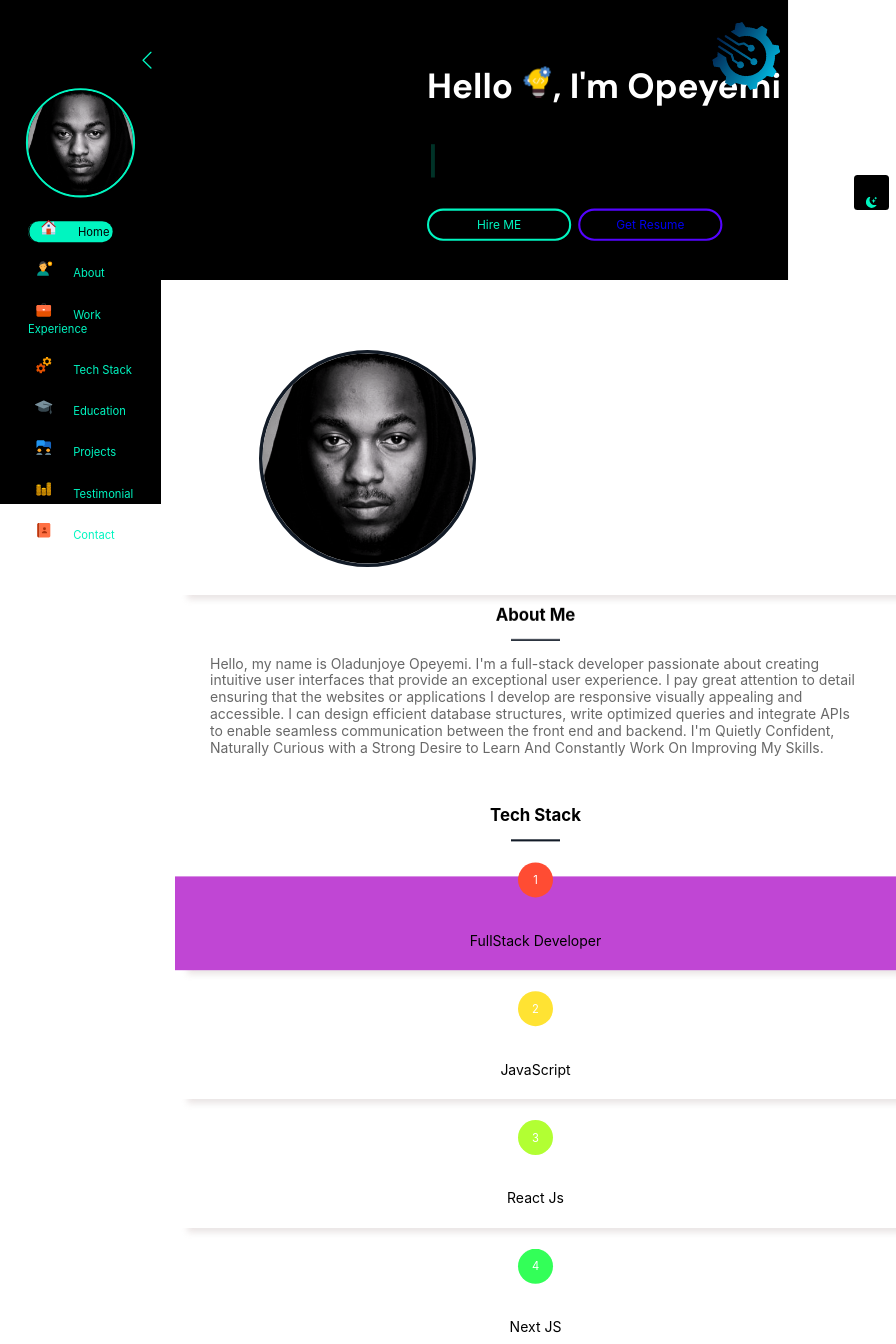
Repository: Laoye99/portfolio
Page: /
The author's editor kept a copy of each file at every save. The page is drawn from the files as they stood at one save, then again after the next save.
The browser window is 1280 px wide. The pictures show the part of the page from y = 0 to 1920 px (the page is 2977 px tall), at 70% of full size.
The project was rebuilt for these pictures with package versions that can differ from the ones it lists, and the page was loaded fresh each time. Also part of the build but not shown: src/App.css. Imported but missing from the stored project, and not drawn on this page: src/components/Home/MyResume.pdf.

Above is the page before, as saved 2024-02-15 13:31:48.

### src/App.js
import './App.css';
import { createContext, useState } from 'react';
import ScrollToTop from 'react-scroll-to-top';
import Navbar from './components/SideNav/Navbar';
import Sidebar from './components/SideNav/Sidebar';
import About from './components/About/About';
import TechStack from './components/TechStack/TechStack';

export const ThemeContext = createContext(null);

const App = () => {
  const [theme, setTheme] = useState("light");

  const changeTheme = () => {
    setTheme((prev) => (prev === "light" ? "dark" : "light"));
  };
  return (
    <ThemeContext.Provider value={{ theme, changeTheme }}>
    <div id={theme}>
    <Navbar/>
    <Sidebar changeTheme={changeTheme} theme={theme}/>
    <About/>
    <TechStack/>
    </div>
    <ScrollToTop
    top="200"
    smooth
    height="20"
    width="20"
    color="#00f5c0"
    style={{ borderRadius: "90px ", backgroundColor: "#000000" }}
    />
    </ThemeContext.Provider>
  );
}

export default App;

### src/components/SideNav/Navbar.js
import { useState } from "react";
import "./Navbar.css";
import {GiHamburgerMenu} from "react-icons/gi";
import { Link } from "react-scroll";
import {
    FcHome,
    FcBriefcase,
    FcContacts,
    FcServices,
    FcCollaboration,
    FcPortraitMode } from "react-icons/fc";
import {FaUser} from "react-icons/fa";

const Navbar = () => {
    const [open, setOpen] = useState(false);

    const handleClick = () => {
        setOpen(!open);
    };
    return(
        <div className="navbar">
        <div className="navbar-header">
        <p>
        <GiHamburgerMenu size={25} onClick={handleClick} />
        </p>
        </div>
        {open ? (
        <div className="nav">
        <ul>
        <li className="nav-item">
        <Link
        to="home"
        spy={true}
        smooth={true}
        duration={100}
        offset={-100}
        >
        <FcHome size={25}/>
        Home
        </Link>
        </li>
        <li className="nav-item">
        <Link
        to="about"
        spy={true}
        smooth={true}
        duration={100}
        offset={-100}
        >
        <FcPortraitMode size={25}/>
        About
        </Link>
        </li>
        <li className="nav-item">
        <Link
        to="project"
        spy={true}
        smooth={true}
        duration={100}
        offset={-100}
        >
        <FcBriefcase  size={25}/>
        Work Experience
        </Link>
        </li>
        <li className="nav-item">
        <Link
        to="stack"
        spy={true}
        smooth={true}
        duration={100}
        offset={-100}
        >
        <FcServices  size={25} />
        Tech Stack
        </Link>
        </li>
        <li className="nav-item">
        <Link
        to="project"
        spy={true}
        smooth={true}
        duration={100}
        offset={-100}
        >
        <FcCollaboration   size={25} />
        Projects
        </Link>
        </li>
        <li className="nav-item">
        <Link
        to="contact"
        spy={true}
        smooth={true}
        duration={100}
        offset={-100}
        >
        <FcContacts size={25}/>
        Contact
        </Link>
        </li>
        </ul>
        </div>
        ) : null}
        </div>
    );
};

export default Navbar;

### src/components/SideNav/Sidebar.js
import { useState } from "react";
import { BsChevronLeft, BsChevronRight } from "react-icons/bs";
import "./Sidebar.css";
import SidebarList from "./SidebarList";
import Home from "../Home/Home";


const Sidebar = ({ theme,changeTheme }) => {
    const [expandSidebar, setExpandSidebar] = useState(true);

    const handleExpandClick = () => {
        setExpandSidebar(!expandSidebar);
    };
    return(
        <div className="container-fluid sidebar-section">
        <div className={expandSidebar ? "sidebar-expand sidebar" : "sidebar"}>
        <div className="icon-sidebar">
        <p onClick={handleExpandClick}>
        {expandSidebar ? (
            <BsChevronLeft size={30} color="#00f5c0"/>
            ) : (
        <BsChevronRight size={30} color="#00f5c0"/>
            )}
        </p>
        </div>
        <SidebarList expandSidebar={expandSidebar} />
        </div>
        <div className="container-fluid">
          <Home changeTheme = {changeTheme} theme = {theme}/>
        </div>

        </div>
    );
};

export default Sidebar;

### src/components/About/About.js
import React from "react";
import ProfilePic from "../../Image/Screenshot (29).png";
import {Fade} from "react-awesome-reveal";
import {Flip} from "react-awesome-reveal";
import './About.css';
const About = () => {
    return(
        <div className="container about-section" id="about">
    <div className="row">
      <Fade bottom>
        <div className="col-xl-6 col-lg-6 col-md-12 col-sm-12">
          <div className="about-image">
            <img src={ProfilePic} alt="Profile" />
          </div>
        </div>
      </Fade>
      <div className="col-xl-6 col-lg-6 col-md-12 col-sm-12">
        <div className="about-details">
          <Flip left>
            <div className="about-title">
              <h2>About Me</h2>
              <span className="line"></span>
            </div>
          </Flip>

          <Fade right>
            <p className="description">
              Hello, my name is Oladunjoye Opeyemi. I'm a full-stack developer
              passionate about creating intuitive user interfaces that provide
              an exceptional user experience. I pay great attention to detail
              ensuring that the websites or applications I develop are responsive
              visually appealing and accessible. I can design efficient database
              structures, write optimized queries and integrate APIs to enable
              seamless communication between the front end and backend.
              I'm Quietly Confident, Naturally Curious with a Strong Desire to
              Learn And Constantly Work On Improving My Skills.
            </p>
          </Fade>
        </div>
      </div>
    </div>
  </div>
    )
};

export default About;

### src/components/TechStack/TechStack.js
import React, { useState } from "react";
import "./TechStack.css";
import { Fade } from "react-awesome-reveal";
import { Zoom } from "react-awesome-reveal";


const TechStack = () => {
    const data = [
        {
          name: "FullStack Developer",
        },

        {
          name: "JavaScript",
        },
        {
          name: "React Js",
        },
        {
          name: "Next JS",
        },
        {
          name: "CSS",
        },
        {
          name: "HTML5",
        },
        {
          name: "BootStrap",
        },
        {
          name: "TailwindCSS",
        },
        {
          name: "React Native",
        },
        {
          name: "Vanilla JS",
        },
        {
          name: "SCSS",
        },
        {
          name: "Git",
        },
        {
          name: "GitHub",
        },
        {
          name: "Java",
        },
        {
          name: "Springboot",
        },
        {
          name: "Servlet",
        },
        {
          name: "Maven",
        },
        {
          name: "Eclipse IDE",
        },
        {
            name: "IntelliJ IDE",
        },
        {
            name: "MySQL",
        },
        {
            name: "Postman",
        },
        {
            name: "MySQL",
        },
        {
            name: "Tomcat",
        },
      ];

      const colors = [
        "#FF4C33",
        "#FFE333",
        "#B2FF33",
        "#33FF58",
        "#33FFC1",
        "#33CAFF",
        "#3355FF",
        "#9333FF",
        "#F033FF",
        "#FF33C4",
        "#FF3386",
        "#FF334C",
        "#33FF42",
        "#FF3633",
        "#9C33FF",
        "#33FFF6",
        "#33FF58",
        "#FF33C4",
        "#034694",
        "#5A0394",
        "#940303",
        "#944403",
        "#449403",
        "#03945C"
      ];

      const [showMoreTechStack, setMoreTechStack] = useState(9);

      const loadMore = () => {
        setMoreTechStack((prev) => prev + 3);
      };
      return (
        <div className="container techstack-section" id="stack">
      <div className="section-title">
        <h2>Tech Stack</h2>
        <span className="line"></span>
      </div>

      <div className="row">
        {data.slice(0, showMoreTechStack).map((item, index) => (
          <Fade right>
            <div className="col-xl-4 col-lg-4 col-md-6 col-sm-12" key={index}>
              <div
                className={
                  index === 0
                    ? "tech-content-marked tech-content"
                    : "tech-content"
                }
              >
                <span
                  className="tech-number"
                  style={{ backgroundColor: colors[index] }}
                >
                  {index + 1}
                </span>
                <p>{item.name}</p>
              </div>
            </div>
          </Fade>
        ))}
      </div>

      {showMoreTechStack >= data.length ? null : (
        <Zoom>
          <span className="load-more" onClick={loadMore}>
            Load More
          </span>
        </Zoom>
      )}
    </div>
      );
};

export default TechStack;

### src/components/SideNav/Navbar.css
.navbar {
    position: sticky;
    top: 0;
    z-index: 1;
  }

  .navbar-header {
    width: 100%;
    background-color: #00f5c0;
    color: #000000;
    padding: 5px;
  }

  .navbar-header p svg {
    margin-left: 10px;
    cursor: pointer;
    margin-top: 20px;
    margin-right: 5px;
  }

  .nav {
    height: auto;
    width: 210px;
    background-color: #000000;
    margin-top: 30px;
    padding-top: 10px;
    padding-bottom: 10px;
  }

  .nav ul li {
    color: #000000;
    list-style-type: none;
    cursor: pointer;
    text-decoration: none;
    margin-top: 30px;
  }

  .nav ul li a {
    text-decoration: none;
    color: #00f5c0;
  }

  .nav-item .active {
    color: #000000;
    background-color: #00f5c0;
    border-radius: 90px;
    padding: 5px;
    width: 100%;
  }

  @media (min-width: 1000px) {
    .navbar {
      display: none;
    }
  }

### src/components/SideNav/Sidebar.css
.sidebar-section {
    display: flex;
    /* background-color: #030303da; */
  }

  .sidebar {
    height: 100vh;
    background-color: #000000;
    width: 95px;
    position: fixed;
  }

  .sidebar-expand {
    width: 230px;
  }

  .container-fluid {
    padding-left: 0px !important;
    padding-right: 0px !important;
    overflow: hidden;
  }

  .icon-sidebar {
    display: flex;
    align-items: right;
    justify-content: right;
    cursor: pointer;
  }

  .icon-sidebar p svg {
    background-color: #000000;
    padding: 5px;
    color: #00f5c0;
    border-radius: 5px;
    margin-top: 50px;
  }

  @media (max-width: 1000px) {
    .sidebar {
      display: none;
    }
  }

### src/components/Home/Home.js
import React from 'react';
import Typewriter from 'typewriter-effect';
import { BsFillMoonStarsFill, BsSun } from 'react-icons/bs';
import { Fade } from 'react-awesome-reveal';
import concept from "../../Image/concept.png";
import automation from "../../Image/automation.png";
import "./Home.css";
import MyCv from './MyResume.pdf';



const Home = ({theme, changeTheme}) => {
    return(
        <div className='container-fluid home' id="home">
        <div  className='theme-change' onClick={changeTheme}>
        {theme === "light" ? (
            <p>
            <BsFillMoonStarsFill />{" "}
            </p>
            ) : (
                <p className='sun-light-icon'>
                <BsSun/>
                </p>
            )}
        </div>

        <div className='container home-content'>
        <Fade right>
        <h1>
        Hello <img alt='vector' src={concept}/>, I'm Opeyemi
        </h1>

        <h2>
        <Typewriter
        options={{
            strings: [
              "Frontend Developer",
              "Backend Developer",
              "Software Engineer",
            ],
            autoStart: true,
            loop: true,
            delay: 5,
          }}
        />
        </h2>
        </Fade>

        <Fade bottom>
        <div className='button-for-action'>
        <div className='hire-me-button'>Hire ME</div>
        <div className="get-resume-button">
              <a href={MyCv} download="Opeyemi_cv">
                Get Resume
              </a>
            </div>
        </div>
        </Fade>
        <img className='automation' alt='automation' src={automation}/>
        </div>
        </div>
    )

};

export default Home;

### src/components/About/About.css
.about-section {
    box-shadow: 15px 9px 9px -2px rgba(230, 224, 244, 0.86);
    -webkit-box-shadow: 15px 9px 9px -2px rgba(230, 224, 224, 0.86);
    -moz-box-shadow: 15px 9px 9px -2px rgba(230, 224, 224, 0.86);

    margin-top: 50px;
    height: 400px;
    margin-left: 250px;
    padding: 0px 50px;
  }

  #dark .about-section {
    box-shadow: none;
    background-color: #17202a;
    box-shadow: -6px 11px 5px -4px rgba(0, 0, 0, 0.42);
    -webkit-box-shadow: -6px 11px 5px -4px rgba(0, 0, 0, 0.42);
    -moz-box-shadow: -6px 11px 5px -4px rgba(0, 0, 0, 0.42);
  }

  .about-image img {
    height: 300px;
    width: 300px;
    border-radius: 190px;
    margin-top: 50px;
    margin-left: 70px;
    border: 5px solid #121b27;
    object-fit: cover;
  }

  #dark .about-image img {
    border: 5px solid #ffffff;
  }

  .about-details {
    margin-top: 50px;
  }

  .about-title h2 {
    text-align: center;
  }
  .description {
    font-size: 20px;
    color: #686868;
  }

  #dark .description {
    color: #ffffff;
  }

  .line {
    display: block;
    width: 70px;
    height: 3px;
    margin: 1px auto;
    background-color: #121b27;
  }

  #dark .line {
    background-color: #ffffff;
  }

  @media (max-width: 1000px) {
    .about-image {
      display: none;
    }
    .about-section {
      margin: 50px auto;
      height: auto;
    }
  }

### src/components/TechStack/TechStack.css
.techstack-section {
    margin-top: 300px;
    height: auto;
    margin-bottom: 40px;
    margin-left: 250px;
  }

  .section-title h2 {
    text-align: center;
  }

  .tech-content {
    padding: 10px;
    color: #000;
    margin-top: 50px;
    box-shadow: 15px 9px 9px -2px rgba(230, 224, 244, 0.86);
    -webkit-box-shadow: 15px 9px 9px -2px rgba(230, 224, 224, 0.86);
    -moz-box-shadow: 15px 9px 9px -2px rgba(230, 224, 224, 0.86);
  }

  #dark .tech-content {
    background-color: #03945c;
    color: #ffffff;
    box-shadow: -6px 11px 5px -4px rgba(0, 0, 0, 0.42);
    -webkit-box-shadow: -6px 11px 5px -4px rgba(0, 0, 0, 0.42);
    -moz-box-shadow: -6px 11px 5px -4px rgba(0, 0, 0, 0.42);
  }

  #dark .tech-content:hover {
    background-color: #121b27;
    transition-duration: 1s;
  }

  .tech-content-marked {
    background-color: rgba(189, 59, 210, 0.94);
  }

  .tech-content p {
    text-align: center;
    padding-top: 30px;
    font-size: 20px;
  }

  .tech-content:hover {
    background-color: #121b27;
    color: #fff;
    cursor: pointer;
    transition-duration: 1s;

    box-shadow: -6px 11px 5px -4px rgba(0, 0, 0, 0.42);
    -webkit-box-shadow: -6px 11px 5px -4px rgba(0, 0, 0, 0.42);
    -moz-box-shadow: -6px 11px 5px -4px rgba(0, 0, 0, 0.42);
  }

  .tech-number {
    border-radius: 90px;
    height: 50px;
    width: 50px;
    color: #fff;
    text-align: center;
    align-items: center;
    justify-content: center;
    display: block;
    margin: 0 auto;
    margin-top: -30px;
    line-height: 50px;
  }

  .load-more {
    background-color: #121b27;
    width: 150px;
    padding: 10px;
    color: #ffffff;
    text-align: center;
    justify-content: center;
    cursor: pointer;
    display: table;
    margin-left: auto;
    margin-right: auto;
    margin-top: 35px;
    border-radius: 5px;
    margin-bottom: 40px;
    font-size: 20px;
  }

  #dark .load-more {
    background-color: #17202a;
  }

  .load-more:hover {
    background-color: rgba(189, 59, 210, 0.94);
    transition-duration: 1s;
  }
  #dark .load-more:hover {
    background-color: #121b27;
    transition-duration: 1s;
  }

  @media (max-width: 1000px) {
    .techstack-section {
      margin: 50px auto;
    }
  }

### src/components/SideNav/SidebarList.css
.sidebar-profile-pic img {
    border-radius: 90px;
    margin-top: 10px;
    height: 150px;
    width: 150px;
    display: flex;
    vertical-align: middle;
    margin: 0 auto;
    object-fit: cover;
    border: 3px solid #00f5c0;
  }

  .navbar-items ul li {
    color: #00f5c0;
    list-style-type: none;
    cursor: pointer;
    margin-top: 30px;
  }

  .navbar-items ul li svg {
    margin-right: 25px;
    margin-left: 10px;
  }

  .navbar-items-only-icons ul li {
    margin-top: 30px;
    cursor: pointer;
    list-style-type: none;
  }

  .navbar-items-only-icons ul li svg {
    margin-left: 10px;
  }

  .navbar-items ul li a {
    text-decoration: none;
  }
  .nav-item .active {
    border-left: 2px solid #000000;
    color: #000000;
  }

### src/components/Home/Home.css
@import url("https://fonts.googleapis.com/css2?family=DM+Sans:wght@700&display=swap");

.home {
  height: 400px;
  background-color: #000000;
  color: #00f5c0;

}

.home-content {
  padding: 10px;
  margin-top: 30px;
  margin-left: 600px;
  padding-right: auto;
  position: relative;
}
/* rgba(189, 59, 210, 0.94) */

.home-content h1 {
  font-family: DM Sans;
  font-size: 50px;
  font-weight: 700;
  line-height: 6.2rem;
  color: #ffffff;
}

.home-content h1 img {
  width: 45px;
}

.home-content h2 {
  margin-top: 20px;
  color: #00f5c0;
  font-size: 40px;
}

.button-for-action {
  display: flex;
}

.hire-me-button {
  background-color: #000000;
  text-align: center;
  width: 180px;
  padding: 10px;
  border-radius: 90px;
  border: 3px solid #00f5c0;
  cursor: pointer;
  margin-top: 10px;
  font-size: 17px;
}

.hire-me-button:hover {
  background-color: #00f5c0;
  width: 250px;
  color: #000;
  transition-duration: 1s;
  font-size: 20px;
}
.get-resume-button {
  background-color: #000000;
  text-align: center;
  width: 180px;
  padding: 10px;
  border-radius: 90px;
  border: 3px solid #5404ff;
  cursor: pointer;
  margin-top: 10px;
  margin-left: 10px;
  font-size: 17px;
}

.get-resume-button:hover {
  background-color: #ffffff;
  width: 250px;
  color: #000;
  transition-duration: 1s;
  font-size: 20px;
}

.get-resume-button a {
  text-decoration: none;
}

.automation {
  position: absolute;
  top: 0;
  right: 10px;
  height: 100px;
  animation: rotation infinite 5s linear;
}

@media (max-width: 450px) {
  .automation {
    bottom: 0;
  }
}

.theme-change {
  justify-content: center;
  height: 50px;
  width: 50px;
  background-color: #000000;
  right: 0;
  margin-right: 10px;
  text-align: center;
  vertical-align: middle;
  line-height: 50px;
  position: fixed;
  top: 150;
  margin-top: 250px;
  border-radius: 5px;
  cursor: pointer;
  z-index: 1;
}

.sun-light-icon {
  animation: rotation infinite 5s linear;
}

@keyframes rotation {
  from {
    transform: rotate(0deg);
  }

  to {
    transform: rotate(360deg);
  }
}
@media (max-width: 1000px) {
  .home-content {
    margin: 30px auto;
  }
}

Loaded but not shown: public/index.html (common file); src/index.js (common file); src/index.css (common file); src/reportWebVitals.js (common file); src/components/SideNav/SidebarList.js (185 lines, source omitted)

After the next save:
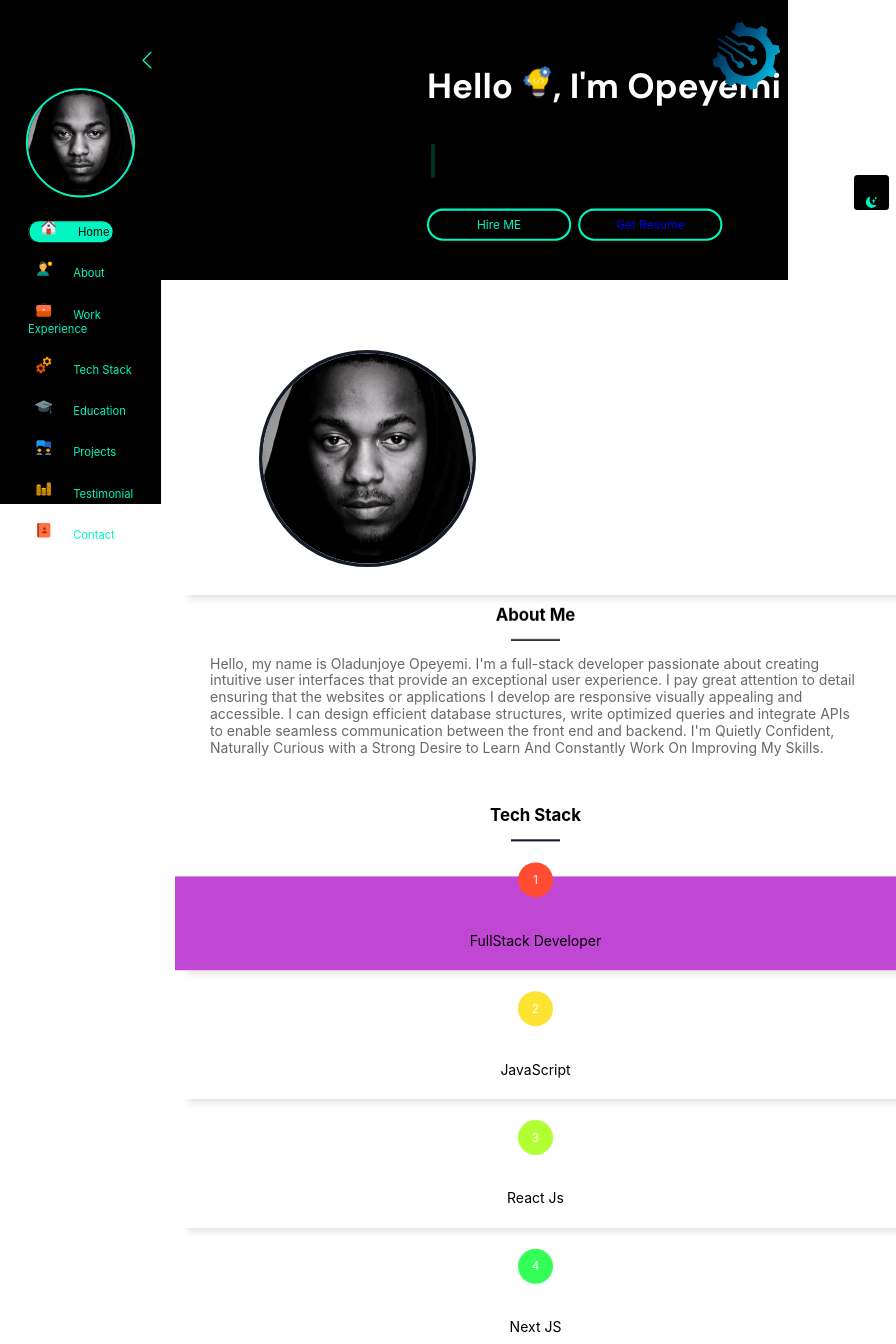
Saved 12 s later.
--- a/src/components/Home/Home.css
+++ b/src/components/Home/Home.css
@@ -63,7 +63,7 @@
   width: 180px;
   padding: 10px;
   border-radius: 90px;
-  border: 3px solid #5404ff;
+  border: 3px solid #00f5c0;
   cursor: pointer;
   margin-top: 10px;
   margin-left: 10px;
